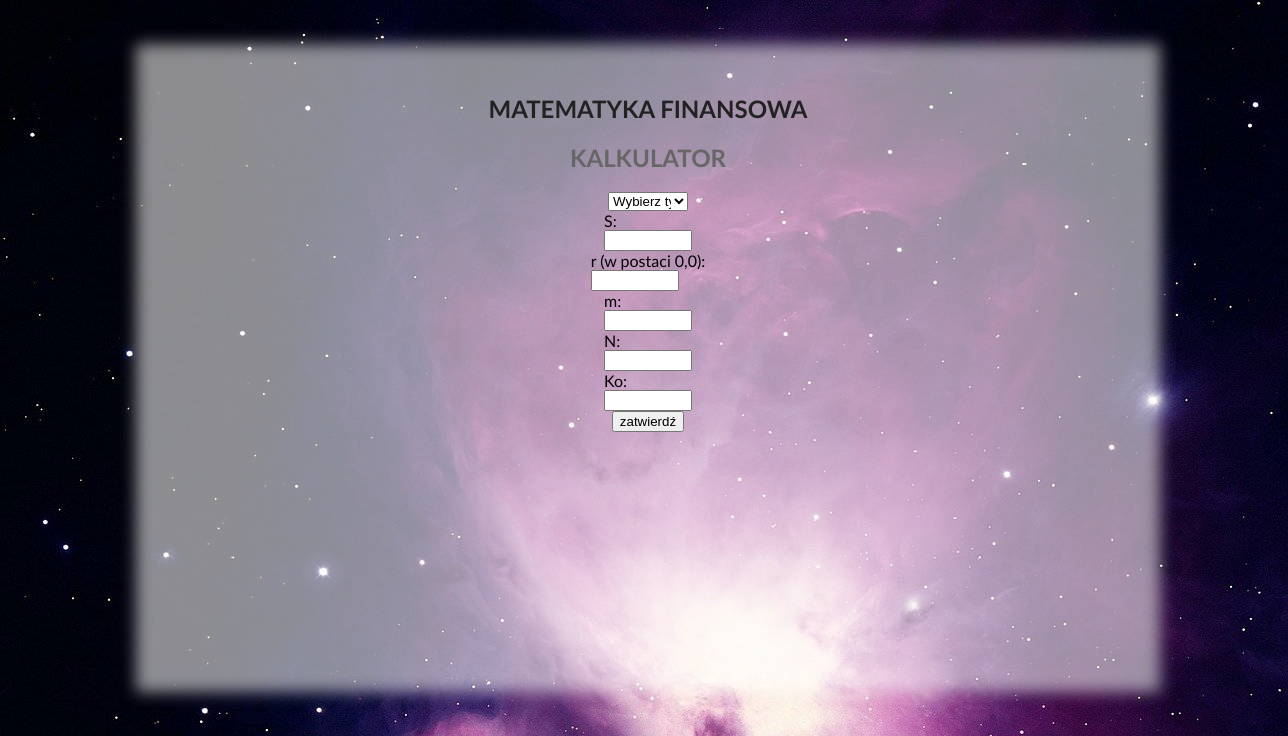
Repository: ravkita/MFCalc
Page: index.html
An editor plug-in stored every save of this project. The page is shown before and after the next save, followed by the edit.
The browser window is 1280 px wide. The page is 1288 px wide, so the pictures cover 1288 px, including what lies to the right of the window. The pictures show the whole page.

Above is the page before, as saved 2021-04-12 19:41:56.

After the next save:
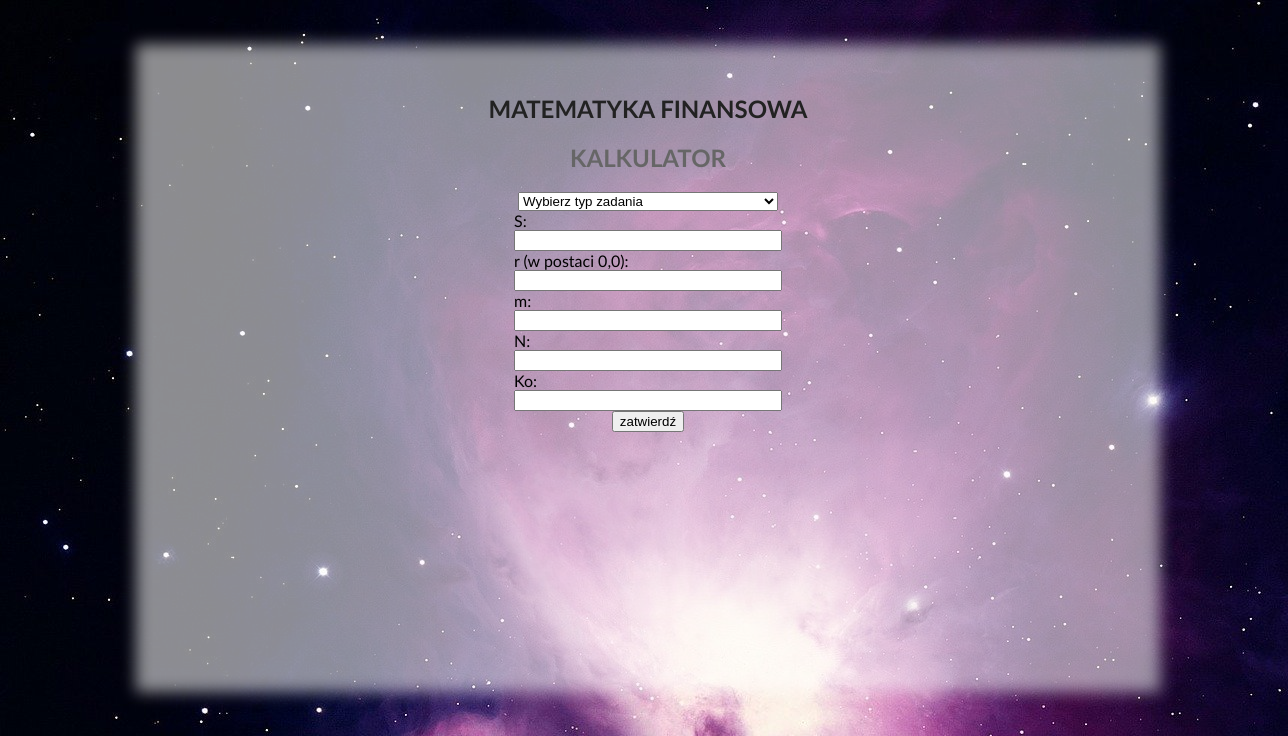
Saved 5 s later.
--- a/index.html
+++ b/index.html
@@ -62,7 +62,7 @@
             flex-direction: column;
         }
         select, input[type="number"]{
-            width: calc(100vh/4 - 100px);
+            width: calc(100vh/2 - 100px);
         }
     </style>
 </head>
